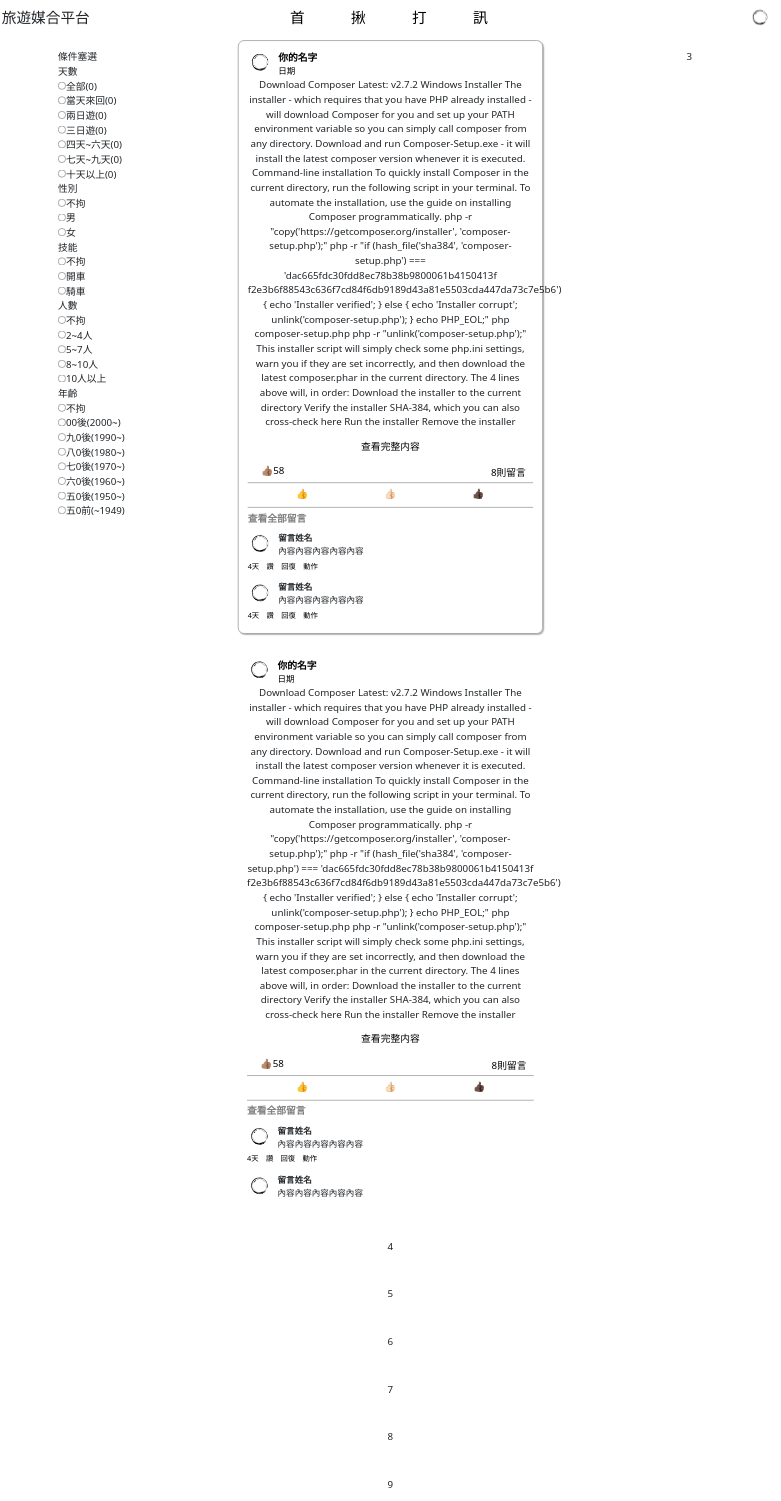
Repository: yuchiyang123/index_view
Page: http://localhost/
These files come from the project's save history. The page is drawn as it stood at one moment and after the next save; the edit follows.
The browser window is 1280 px wide. The pictures show the whole page, at 61% of full size.
The page is run by PHP 8.4 with error messages shown; the project is at /var/www/html/.

Above is the page before, as saved 2024-03-27 22:19:26.

After the next save:
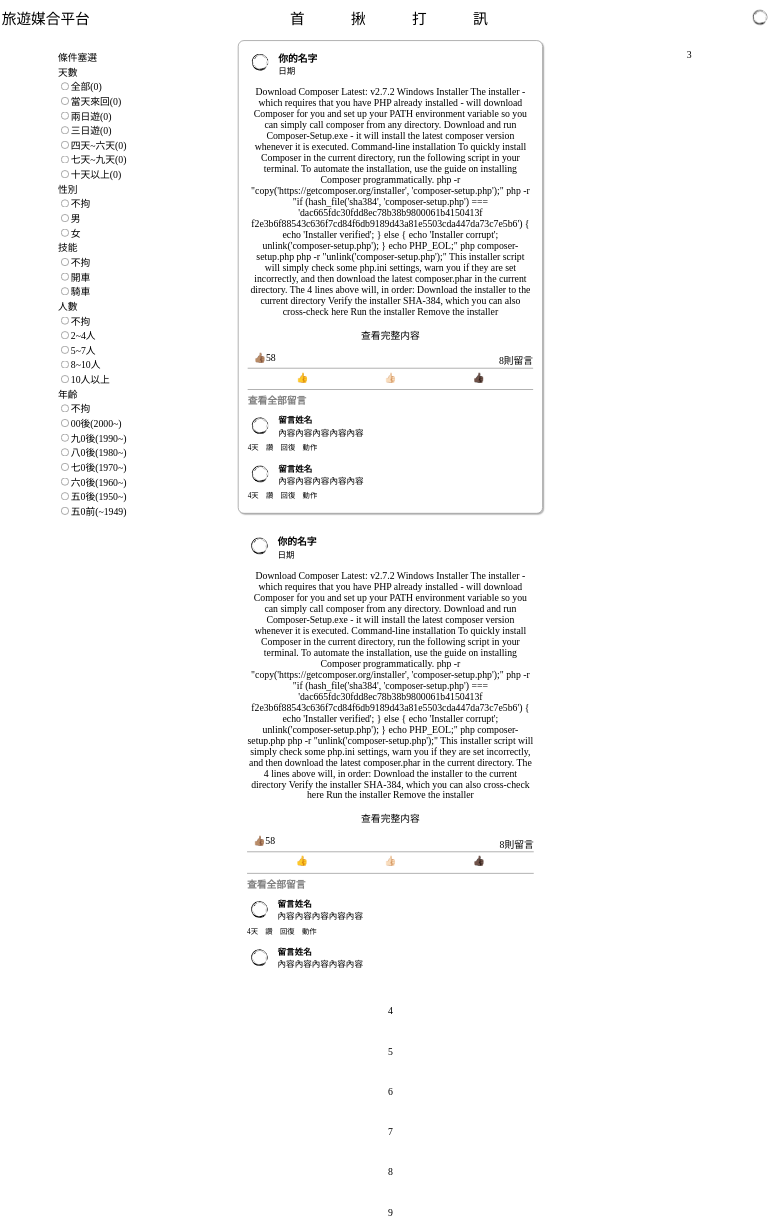
Saved 41 s later.
--- a/index.php
+++ b/index.php
@@ -1,5 +1,5 @@
 <?php
-include('cdn.php');
+//include('cdn.php');
 ?>
 <style>
 
